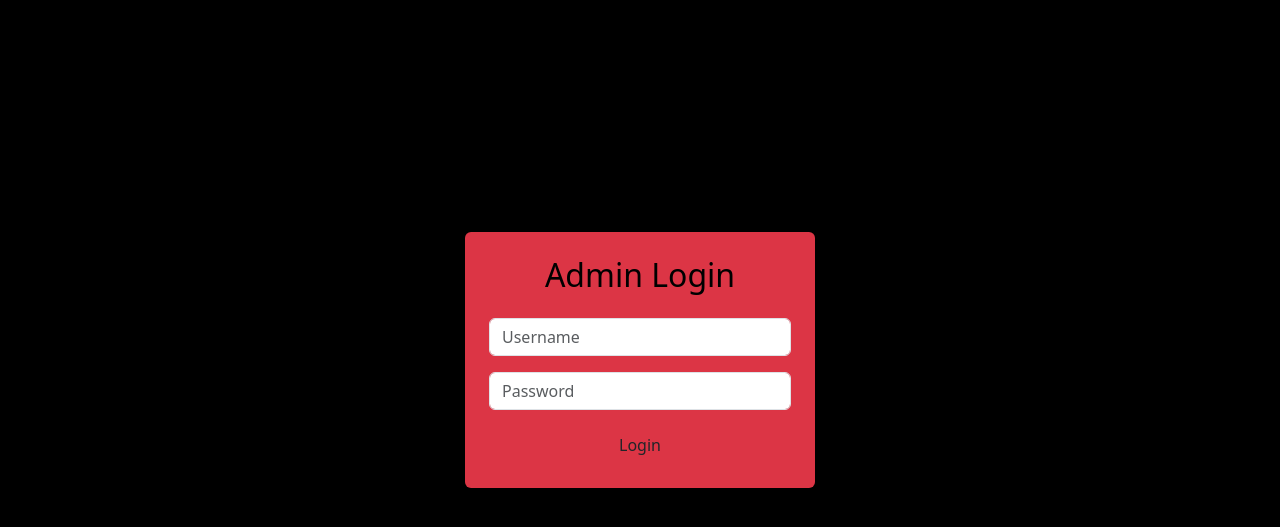
Repository: adithyakiran47/lensverseproject
Page: /admin-dashboard (app in lensverse-client/)
The author's editor kept a copy of each file at every save. The page is drawn from the files as they stood at one save, then again after the next save.
The browser window is 1280 px wide. The pictures show the whole page.
The project was rebuilt for these pictures with package versions that can differ from the ones it lists, and the page was loaded fresh each time. Also part of the build but not shown: lensverse-client/src/pages/Home.js, lensverse-client/src/pages/Portfolio.js, lensverse-client/src/pages/Booking.js, lensverse-client/src/pages/About.js. Imported but missing from the stored project, and not drawn on this page: lensverse-client/src/reportWebVitals.

Above is the page before, as saved 2025-11-03 23:42:18.

### lensverse-client/src/index.css
.btn-black {
  background-color: black;
  color: white;
  transition: background-color 0.3s ease;
}

.btn-black:hover,
.btn-black:focus {
  background-color: #cc0000;
  color: white;
}

body {
  background-color: black;
  color: white;
}

.bg-black {
  background-color: black !important;
}

.text-red {
  color: #cc0000 !important;
}

### lensverse-client/src/App.js
import React from 'react';
import { BrowserRouter as Router, Routes, Route } from 'react-router-dom';


// Import your page components (create these next)
import Home from './pages/Home';
import Portfolio from './pages/Portfolio';
import Booking from './pages/Booking';
import About from './pages/About';
import AdminLogin from './pages/AdminLogin';
import AdminDashboard from './pages/AdminDashboard';

function App() {
  return (
    <Router>
      <Routes>
        <Route path="/" element={<Home />} />
        <Route path="/portfolio" element={<Portfolio />} />
        <Route path="/booking" element={<Booking />} />
        <Route path="/about" element={<About />} />
        <Route path="/admin-login" element={<AdminLogin />} />
        <Route path="/admin-dashboard" element={<AdminDashboard />} />
      </Routes>
    </Router>
  );
}

export default App;

### lensverse-client/src/pages/AdminLogin.js
import React, { useState } from 'react';
import { useNavigate } from 'react-router-dom';
import axios from 'axios';

const AdminLogin = () => {
  const [formData, setFormData] = useState({ username: '', password: '' });
  const navigate = useNavigate();

  const handleChange = e => {
    setFormData(prev => ({ ...prev, [e.target.name]: e.target.value }));
  };

  const handleSubmit = async e => {
    e.preventDefault();
    try {
      const res = await axios.post('http://localhost:5000/api/admin/login', formData);
      localStorage.setItem('adminToken', res.data.token);
      navigate('/admin-dashboard');
    } catch {
      alert('Invalid credentials');
    }
  };

  return (
    <div className="d-flex justify-content-center align-items-center vh-100 bg-black text-white">
      <form onSubmit={handleSubmit} className="bg-danger p-4 rounded" style={{ width: '350px' }}>
        <h2 className="mb-4 text-center text-black">Admin Login</h2>
        <input
          type="text"
          name="username"
          className="form-control mb-3"
          placeholder="Username"
          value={formData.username}
          onChange={handleChange}
          required
        />
        <input
          type="password"
          name="password"
          className="form-control mb-3"
          placeholder="Password"
          value={formData.password}
          onChange={handleChange}
          required
        />
        <button className="btn btn-black w-100" type="submit">Login</button>
      </form>
    </div>
  );
};

export default AdminLogin;

### lensverse-client/src/pages/AdminDashboard.js
import React, { useEffect, useState } from 'react';
import axios from 'axios';
import { useNavigate } from 'react-router-dom';
import Navbar from '../components/Navbar';

const AdminDashboard = () => {
  const navigate = useNavigate();
  const [bookings, setBookings] = useState([]);

  const fetchBookings = async () => {
    const token = localStorage.getItem('adminToken');
    try {
      const res = await axios.get('http://localhost:5000/api/bookings', {
        headers: { Authorization: `Bearer ${token}` }
      });
      setBookings(res.data);
    } catch {
      alert('Session expired. Please log in again.');
      localStorage.removeItem('adminToken');
      navigate('/admin-login');
    }
  };

  useEffect(() => {
    const token = localStorage.getItem('adminToken');
    if (!token) {
      navigate('/admin-login');
    } else {
      fetchBookings();
    }
  }, [navigate]);

  const updateBookingStatus = async (id, status) => {
    const token = localStorage.getItem('adminToken');
    try {
      await axios.put(`http://localhost:5000/api/bookings/${id}`, { status }, {
        headers: { Authorization: `Bearer ${token}` }
      });
      fetchBookings();
    } catch {
      alert('Update failed.');
    }
  };

  const deleteBooking = async (id) => {
    const token = localStorage.getItem('adminToken');
    try {
      await axios.delete(`http://localhost:5000/api/bookings/${id}`, {
        headers: { Authorization: `Bearer ${token}` }
      });
      fetchBookings();
    } catch {
      alert('Delete failed.');
    }
  };

  return (
    <>
      <Navbar />
      <div className="container bg-black text-white py-4 min-vh-100">
        <h2 className="text-danger mb-4">Admin Dashboard</h2>
        <table className="table table-dark table-hover">
          <thead>
            <tr>
              <th>Name</th><th>Email</th><th>Service</th><th>Date</th><th>Status</th><th>Actions</th>
            </tr>
          </thead>
          <tbody>
            {bookings.map(b => (
              <tr key={b._id}>
                <td>{b.name}</td>
                <td>{b.email}</td>
                <td>{b.serviceType}</td>
                <td>{b.date}</td>
                <td>{b.status || 'pending'}</td>
                <td>
                  <button className="btn btn-success btn-sm me-2" onClick={() => updateBookingStatus(b._id, 'confirmed')}>Confirm</button>
                  <button className="btn btn-warning btn-sm me-2" onClick={() => updateBookingStatus(b._id, 'cancelled')}>Cancel</button>
                  <button className="btn btn-danger btn-sm" onClick={() => deleteBooking(b._id)}>Delete</button>
                </td>
              </tr>
            ))}
          </tbody>
        </table>
      </div>
    </>
  );
};

export default AdminDashboard;

### lensverse-client/src/components/Navbar.js
import React from 'react';
import { Link, useNavigate } from 'react-router-dom';

const Navbar = () => {
  const navigate = useNavigate();

  const handleLogout = () => {
    localStorage.removeItem('adminToken');
    navigate('/admin-login');
  };

  return (
    <nav className="navbar navbar-expand-lg navbar-dark bg-black">
      <div className="container">
        <Link className="navbar-brand text-danger" to="/">LensVerse</Link>
        <button className="navbar-toggler" type="button" data-bs-toggle="collapse" data-bs-target="#navbarNav">
          <span className="navbar-toggler-icon"></span>
        </button>
        <div className="collapse navbar-collapse" id="navbarNav">
          <ul className="navbar-nav me-auto">
            <li className="nav-item"><Link className="nav-link" to="/">Home</Link></li>
            <li className="nav-item"><Link className="nav-link" to="/portfolio">Portfolio</Link></li>
            <li className="nav-item"><Link className="nav-link" to="/booking">Booking</Link></li>
            <li className="nav-item"><Link className="nav-link" to="/admin-dashboard">Admin Dashboard</Link></li>
          </ul>
          <button className="btn btn-danger" onClick={handleLogout}>Logout</button>
        </div>
      </div>
    </nav>
  );
};

export default Navbar;

Loaded but not shown: lensverse-client/src/index.js (common file)

After the next save:
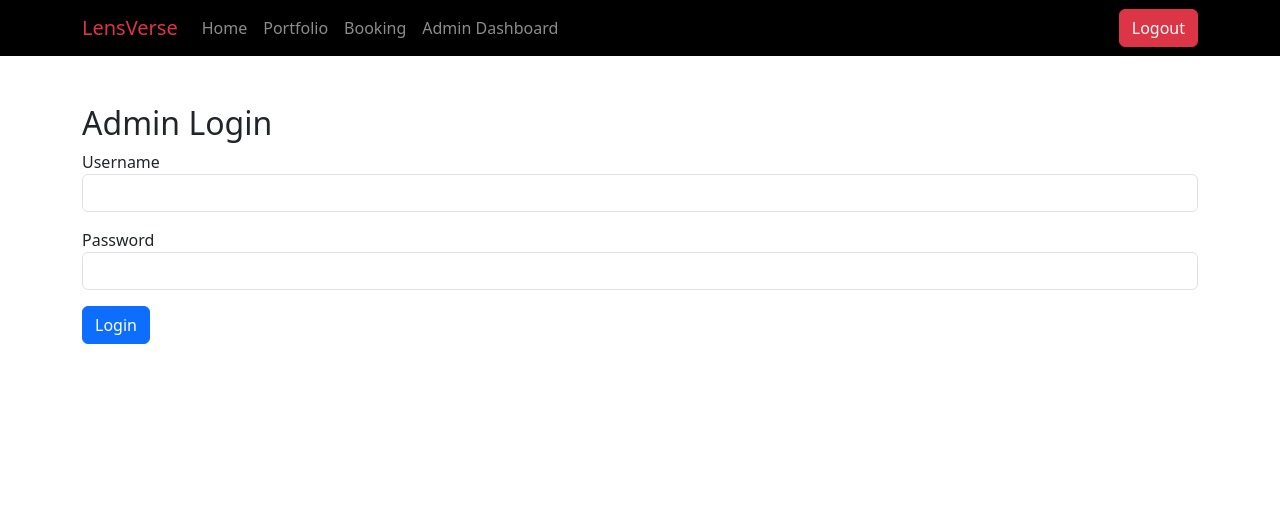
Saved 3 min 20 s later.
--- a/lensverse-client/src/pages/AdminLogin.js
+++ b/lensverse-client/src/pages/AdminLogin.js
@@ -1,14 +1,13 @@
 import React, { useState } from 'react';
+import axios from 'axios';
 import { useNavigate } from 'react-router-dom';
-import axios from 'axios';
+import Navbar from '../components/Navbar';
 
 const AdminLogin = () => {
   const [formData, setFormData] = useState({ username: '', password: '' });
   const navigate = useNavigate();
 
-  const handleChange = e => {
-    setFormData(prev => ({ ...prev, [e.target.name]: e.target.value }));
-  };
+  const handleChange = e => setFormData({ ...formData, [e.target.name]: e.target.value });
 
   const handleSubmit = async e => {
     e.preventDefault();
@@ -16,36 +15,29 @@ const AdminLogin = () => {
       const res = await axios.post('http://localhost:5000/api/admin/login', formData);
       localStorage.setItem('adminToken', res.data.token);
       navigate('/admin-dashboard');
-    } catch {
+    } catch (err) {
       alert('Invalid credentials');
     }
   };
 
   return (
-    <div className="d-flex justify-content-center align-items-center vh-100 bg-black text-white">
-      <form onSubmit={handleSubmit} className="bg-danger p-4 rounded" style={{ width: '350px' }}>
-        <h2 className="mb-4 text-center text-black">Admin Login</h2>
-        <input
-          type="text"
-          name="username"
-          className="form-control mb-3"
-          placeholder="Username"
-          value={formData.username}
-          onChange={handleChange}
-          required
-        />
-        <input
-          type="password"
-          name="password"
-          className="form-control mb-3"
-          placeholder="Password"
-          value={formData.password}
-          onChange={handleChange}
-          required
-        />
-        <button className="btn btn-black w-100" type="submit">Login</button>
-      </form>
-    </div>
+    <>
+      <Navbar />
+      <div className="container mt-5">
+        <h2>Admin Login</h2>
+        <form onSubmit={handleSubmit}>
+          <div className="mb-3">
+            <label>Username</label>
+            <input type="text" name="username" className="form-control" required onChange={handleChange} />
+          </div>
+          <div className="mb-3">
+            <label>Password</label>
+            <input type="password" name="password" className="form-control" required onChange={handleChange} />
+          </div>
+          <button type="submit" className="btn btn-primary">Login</button>
+        </form>
+      </div>
+    </>
   );
 };
 
